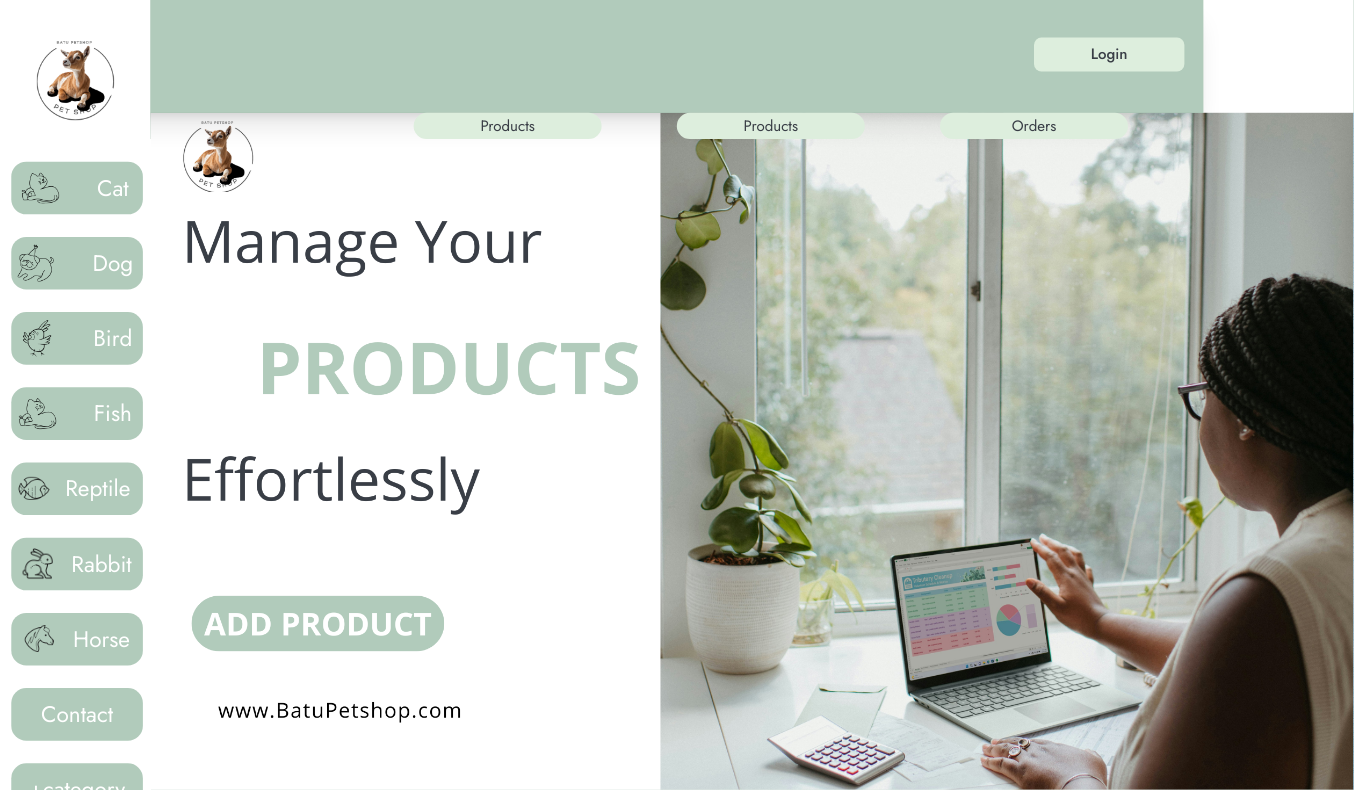
Repository: batu-call/batu-petshop
Page: /main (app in petshopp-appAdmin/admin/)
These files come from the project's save history. The page is drawn as it stood at one moment and after a run of saves; the edit follows.
The browser window is 1280 px wide. The page is 1440 px wide, so the pictures cover 1440 px, including what lies to the right of the window. The pictures show the whole page, at 94% of full size.
The project was rebuilt for these pictures with package versions that can differ from the ones it lists, and the page was loaded fresh each time. The framework's server and built-in components were replaced by stand-ins that run in the browser. Also part of the build but not shown: petshopp-appAdmin/admin/next.config.ts.

Above is the page before, as saved 2025-09-21 01:37:49.

After the next 3 saves:
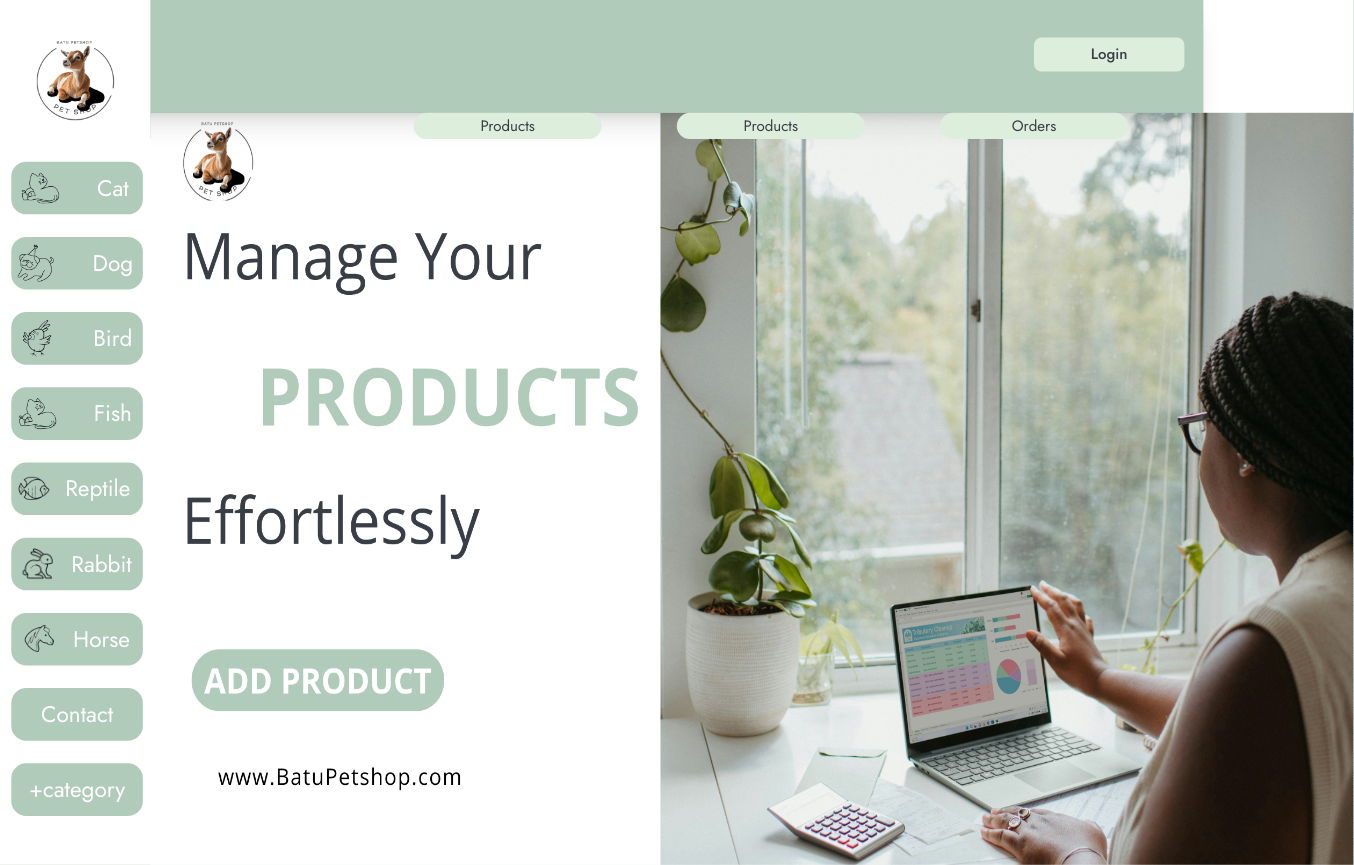
The 3 saves are shown as one change because they came seconds apart.
The last was saved 15 s later.
--- a/petshopp-appAdmin/admin/src/app/main/controller/Main.tsx
+++ b/petshopp-appAdmin/admin/src/app/main/controller/Main.tsx
@@ -11,7 +11,7 @@
       <Navbar />
       {/* Catgeory */}
       <Sidebar />
-      <Image src={"/admin-banner.png"} alt='admin-banner' width={1743} height={1000} className='ml-40'/>
+      <Image src={"/admin-banner.png"} alt='admin-banner' width={1743} height={1000} className='ml-40 h-200'/>
     </div>
   )
 }

After the save that followed:
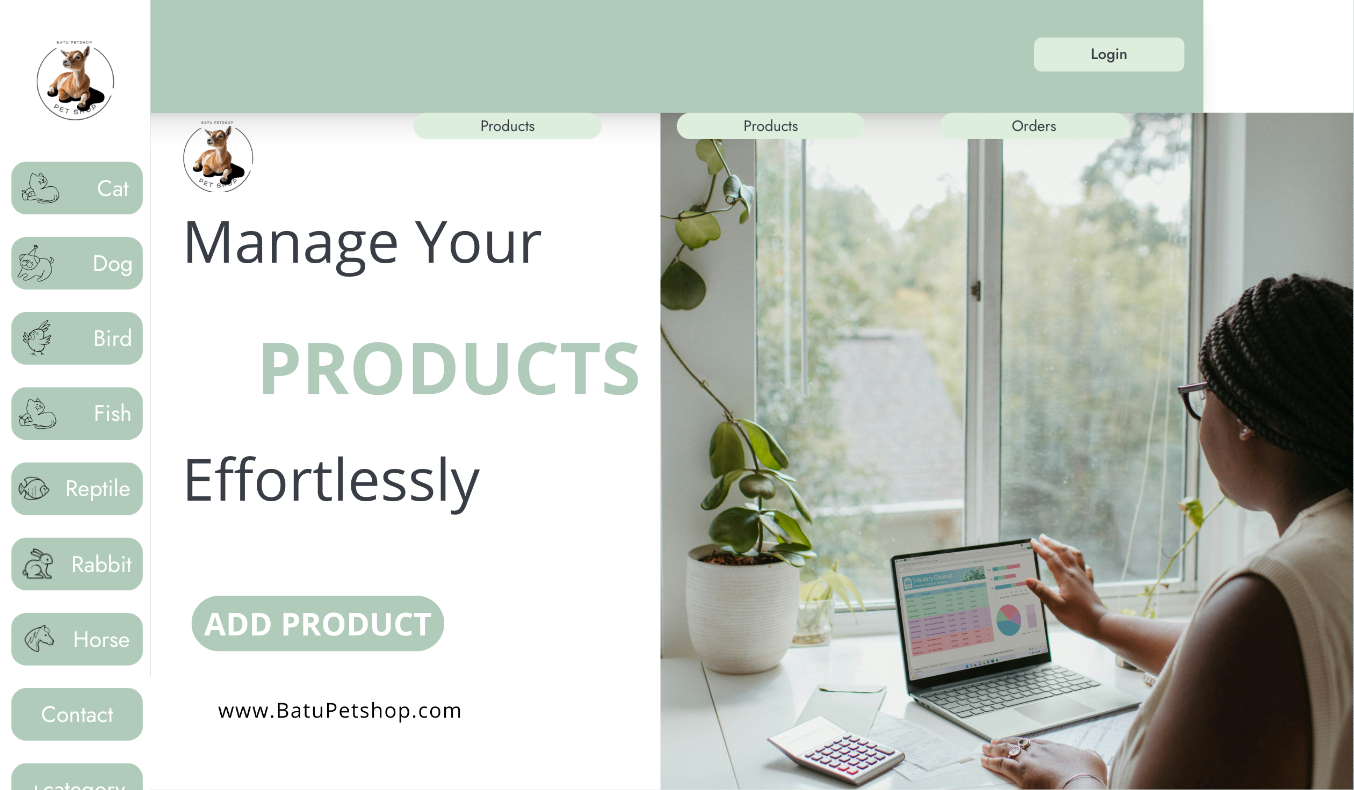
Saved 45 s later.
--- a/petshopp-appAdmin/admin/src/app/main/controller/Main.tsx
+++ b/petshopp-appAdmin/admin/src/app/main/controller/Main.tsx
@@ -11,7 +11,7 @@
       <Navbar />
       {/* Catgeory */}
       <Sidebar />
-      <Image src={"/admin-banner.png"} alt='admin-banner' width={1743} height={1000} className='ml-40 h-200'/>
+      <Image src={"/admin-banner.png"} alt='admin-banner' width={1743} height={1000} className='ml-40'/>
     </div>
   )
 }
